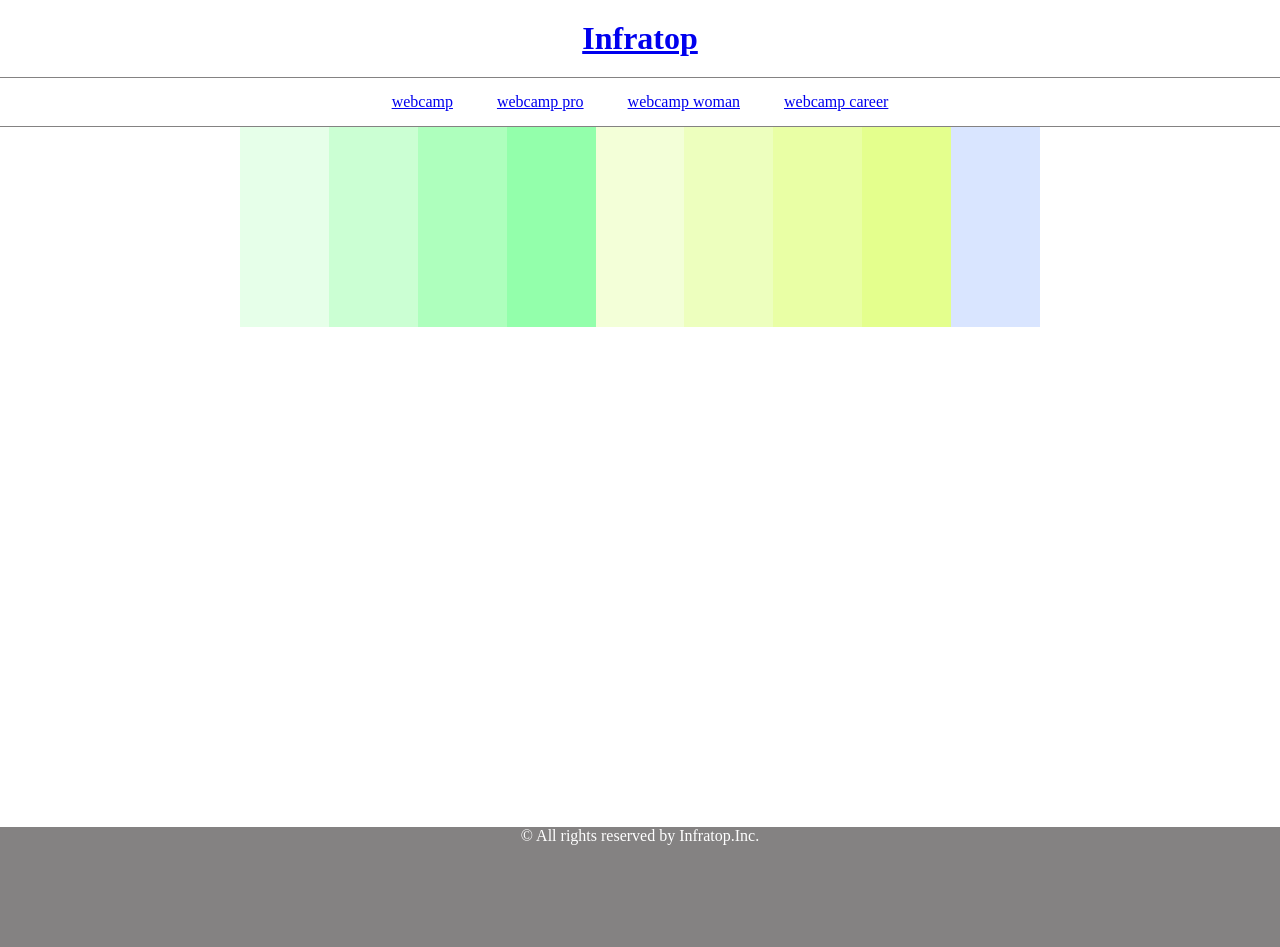
Repository: ryosei-110/HTML-CSS-
Page: 1-5exercise/index.html
The author's editor kept a record of every edit. The page is drawn from the files as they stood at one moment, then again after the next edit.
The browser window is 1280 px wide. The pictures show the whole page.

Above is the page before.

After the next edit:
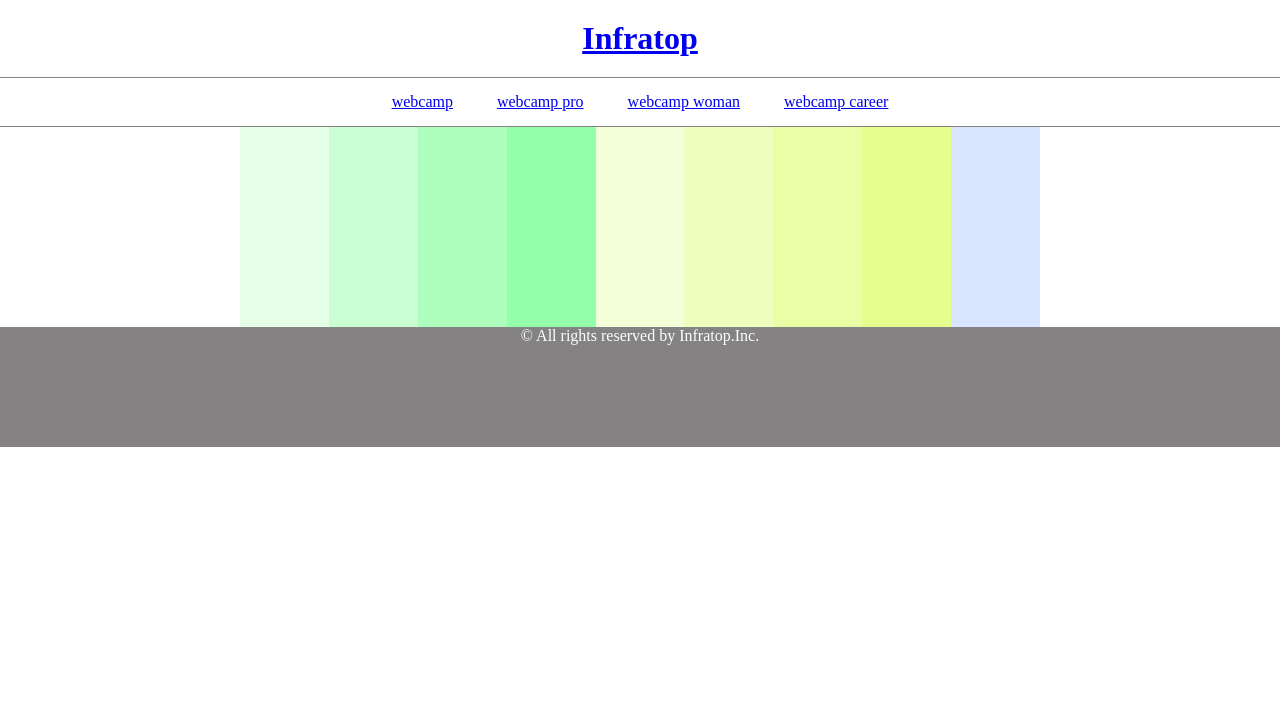
The edit:
--- a/1-5exercise/style.css
+++ b/1-5exercise/style.css
@@ -27,7 +27,7 @@
 
 .main {
 width: 800px;
-height: 700px;
+margin: 50px auto;
 display: Flex;
 justify-content: center;
 margin: 0 auto; /* 中央寄せ（左右に余白がないとできない） */
